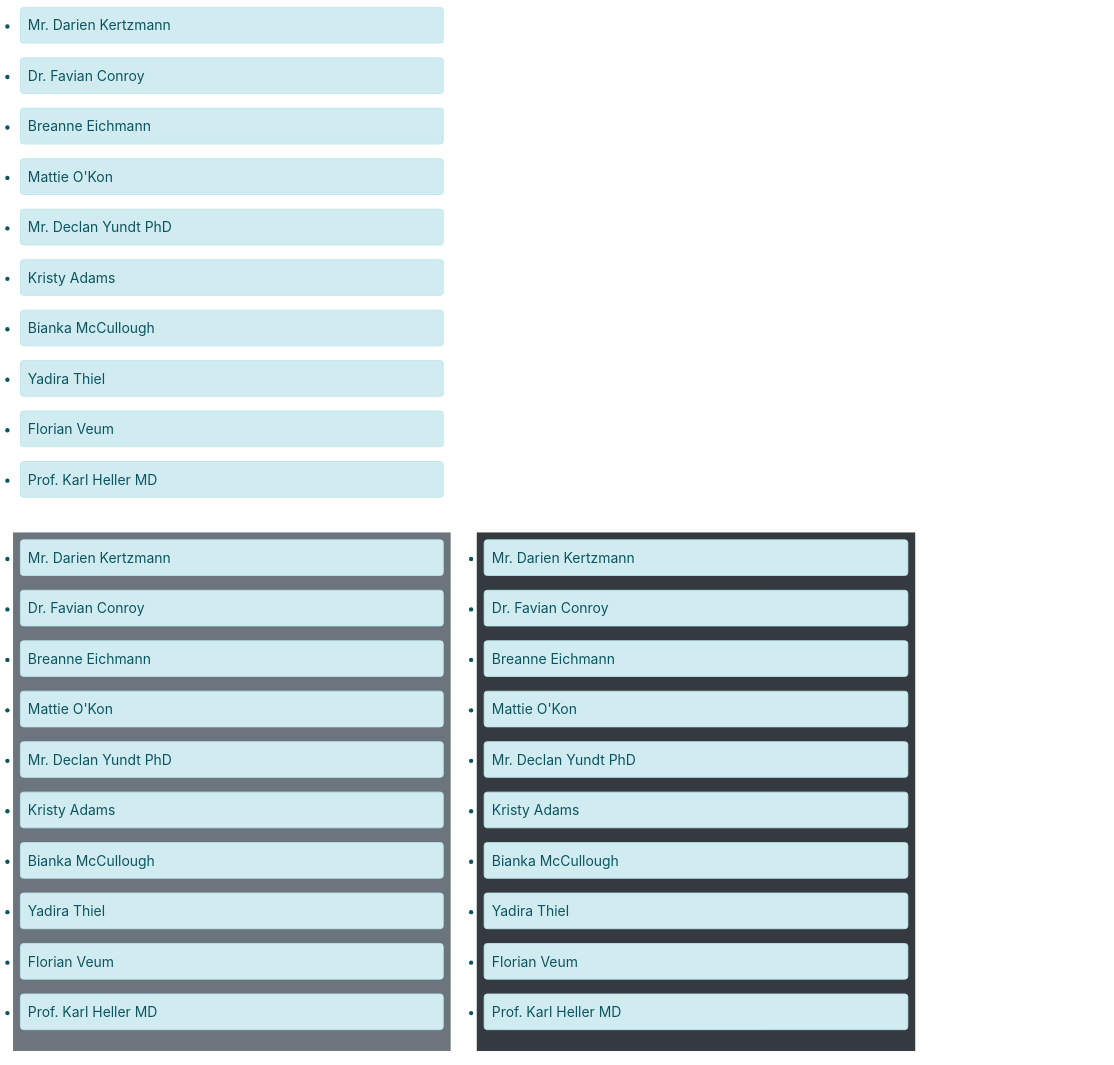
Repository: yatharth-vataliya/the-core-php-js
Page: http://localhost/prac_17.php
These files come from the project's save history. The page is drawn as it stood at one moment and after the next save; the edit follows.
The browser window is 1280 px wide. The pictures show the whole page, at 87% of full size.
Some web libraries are served in a nearby version. The page is run by PHP 8.4 with error messages shown; the project is at /var/www/html/. The database holds what the project's SQL file puts in it.

Above is the page before, as saved 2020-12-26 18:29:00.

After the next save:
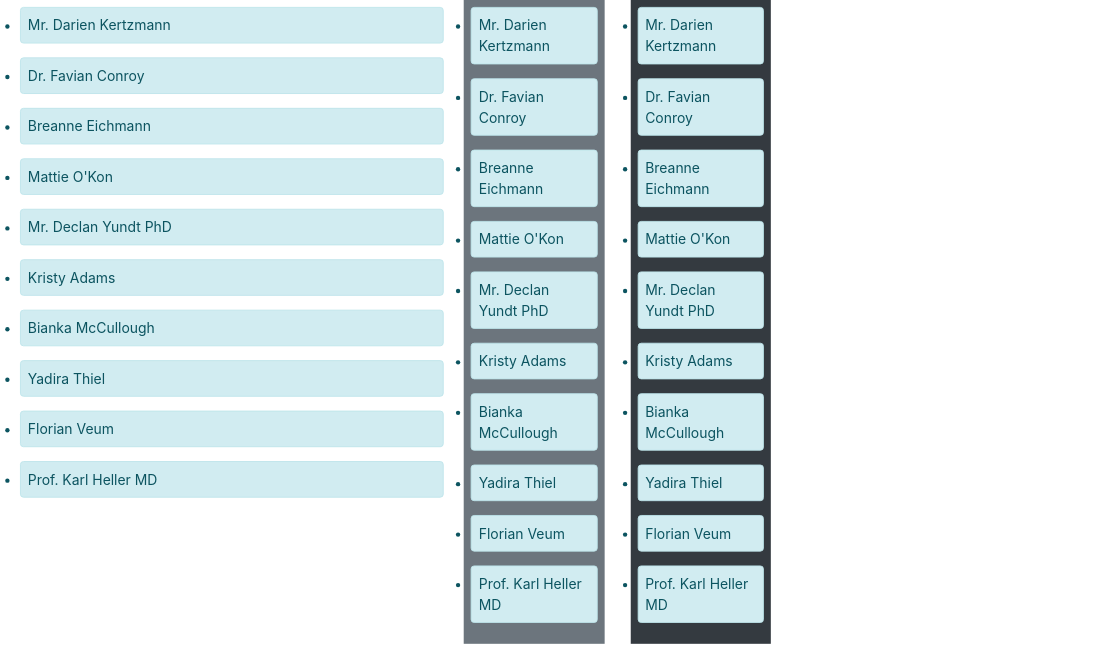
Saved 38 s later.
--- a/prac_17.php
+++ b/prac_17.php
@@ -35,24 +35,21 @@ $data = $st->fetchAll(PDO::FETCH_OBJ);
           <?php endforeach; ?>
         </ul>
       </div>
-    </div>
-  </div>
-
-  <div class="container-fluid">
-    <div class="row">
-      <div class="col-md-5">
-        <ul id="sortable1" class="p-2 connectedSortable bg-secondary">
-          <?php foreach ($data as $dt) : ?>
-            <li class="p-2 alert alert-info" data-id="<?php echo $dt->id; ?>"><?php echo $dt->product_name; ?></li>
-          <?php endforeach; ?>
-        </ul>
-      </div>
-      <div class="col-md-5">
-        <ul id="sortable2" class="p-2 connectedSortable bg-dark">
-          <?php foreach ($data as $dt) : ?>
-            <li class="p-2 alert alert-info" data-id="<?php echo $dt->id; ?>"><?php echo $dt->product_name; ?></li>
-          <?php endforeach; ?>
-        </ul>
+      <div class="row">
+        <div class="col-md-5">
+          <ul id="sortable1" class="p-2 connectedSortable bg-secondary">
+            <?php foreach ($data as $dt) : ?>
+              <li class="p-2 alert alert-info" data-id="<?php echo $dt->id; ?>"><?php echo $dt->product_name; ?></li>
+            <?php endforeach; ?>
+          </ul>
+        </div>
+        <div class="col-md-5">
+          <ul id="sortable2" class="p-2 connectedSortable bg-dark">
+            <?php foreach ($data as $dt) : ?>
+              <li class="p-2 alert alert-info" data-id="<?php echo $dt->id; ?>"><?php echo $dt->product_name; ?></li>
+            <?php endforeach; ?>
+          </ul>
+        </div>
       </div>
     </div>
   </div>
